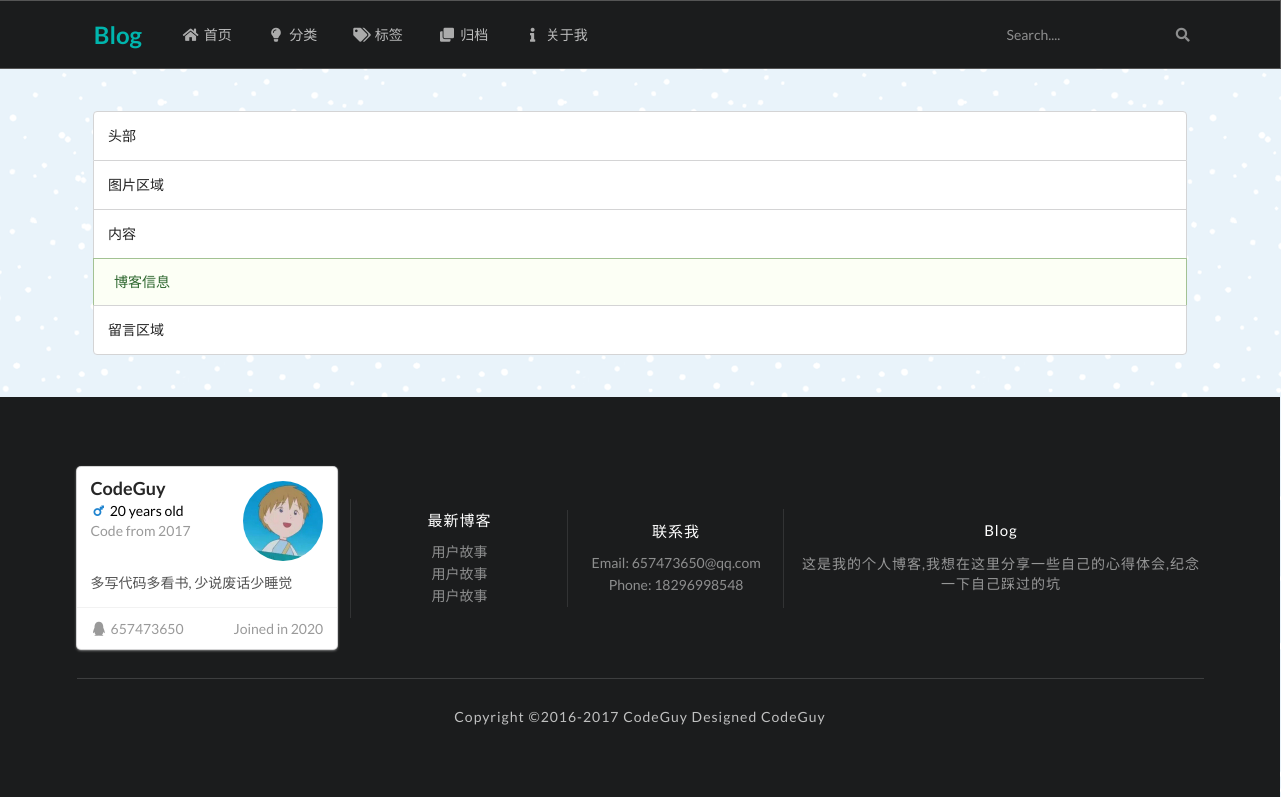
Repository: GOGOHQ/myblog
Page: blog.html
These files come from the project's save history. The page is drawn as it stood at one moment and after the next save; the edit follows.
The browser window is 1280 px wide. The page is 1281 px wide, so the pictures cover 1281 px, including what lies to the right of the window. The pictures show the whole page.
Some web libraries are served in a nearby version.

Above is the page before, as saved 2020-01-17 13:02:03.

After the next save:
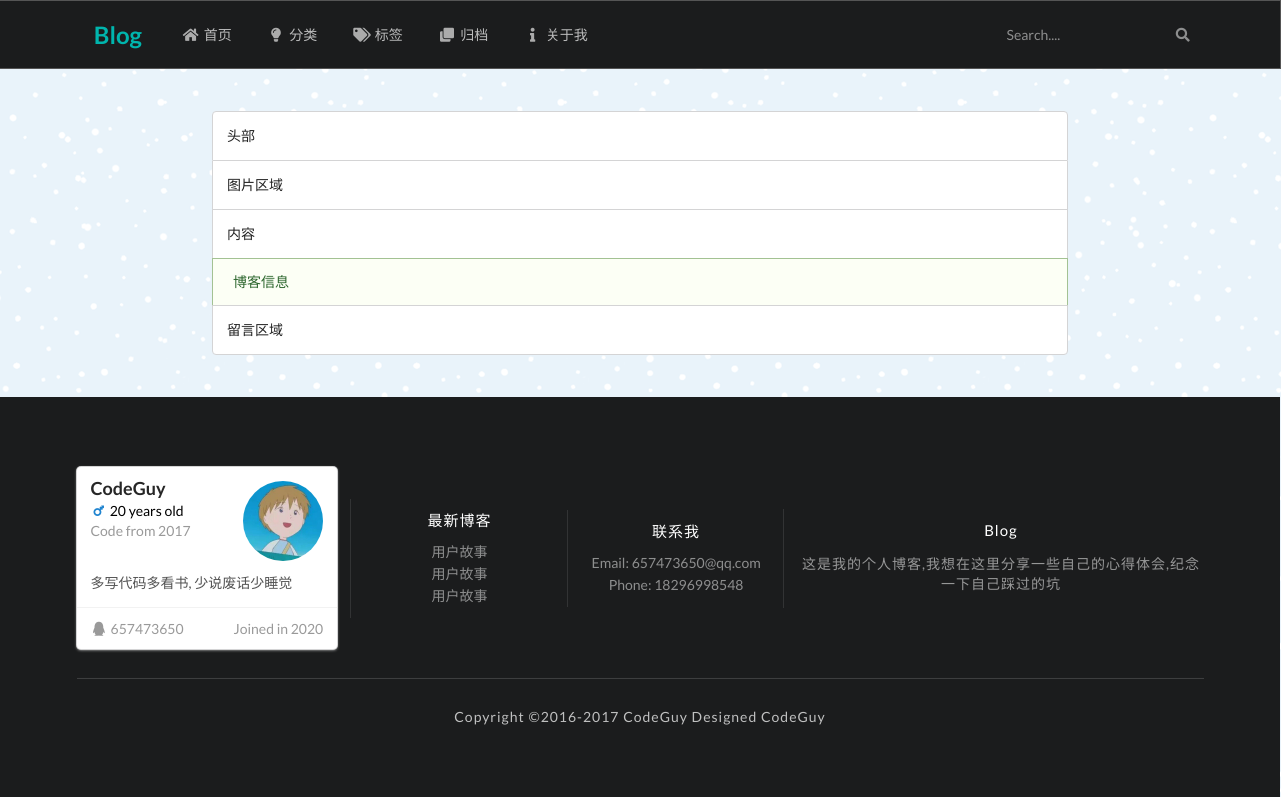
Saved 18 s later.
--- a/blog.html
+++ b/blog.html
@@ -35,7 +35,7 @@
     </a>
 </nav>
 <!-- 内容 -->
-<div class="m-padded-tb-big m-container">
+<div class="m-padded-tb-big m-small-container">
     <div class="ui container">
         <div class="ui top attached segment">
             头部
